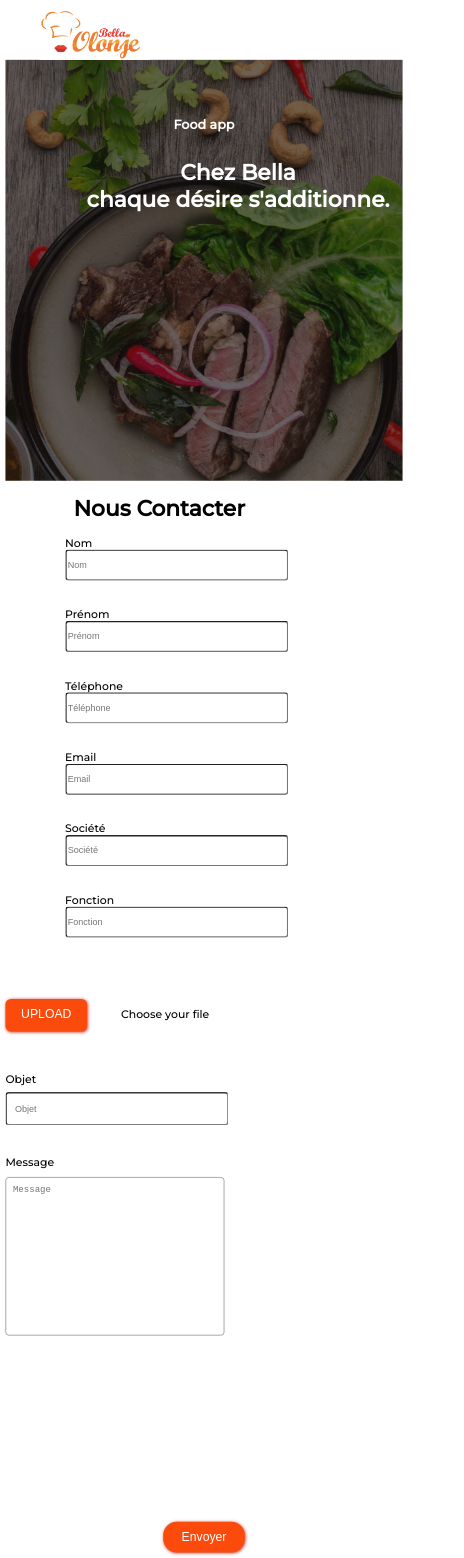
Repository: Ahlam-belhadj/bella-olange
Page: index3.html
An editor plug-in stored every save of this project. The page is shown before and after a run of saves, followed by the edit.
The browser window is 600 px wide. The page is 682 px wide, so the pictures cover 682 px, including what lies to the right of the window. The pictures show the whole page, at 68% of full size.
Pictures or frames that could not be fetched are drawn as grey boxes.

Above is the page before, as saved 2023-02-12 21:10:43.

### index3.html
<!DOCTYPE html>
<html lang="en">

<head>
    <meta charset="UTF-8">
    <meta http-equiv="X-UA-Compatible" content="IE=edge">
    <meta name="viewport" content="width=device-width, initial-scale=1.0">
    <link rel="stylesheet" href="style3.css">
    <script src="https://www.google.com/recaptcha/api.js" async defer></script>
    <title>Bella olanje</title>
</head>

<body>
    <header>
        <nav>
            <div class="logo"><img  class="logo" src="image/logo_bella_olonje.png" alt="logo"></div>
            <ul>
                <li><a href="#" class="nav-link">Home</a></li>
                <li><a href="#" class="nav-link">Pizza</a></li>
                <li><a href="#" class="nav-link">Burgers</a></li>
                <li><a href="#" class="nav-link">Salade</a></li>
                <li><a href="#" class="nav-link">Contact</a></li>

            </ul>
            <div class="icon_navbar">
                <label for="click" class="menu-btn">
                  <i class="fas fa-bars"></i>
                </label>
            </div>
          </nav>

        <div class="title">
            <div class="texte">
                <h3>Food app</h3>
                <h1>Chez Bella <br>
                    chaque désire s'additionne.</h1>
            </div>
        </div>
    </header>
    <main>
    <div class="information">
        <form>
            <h1>Nous Contacter</h1>
            <div class="commande">
                <div class="info1">
                    <div class="label">
                        <label>Nom</label>
                        <br>
                        <input type="text" placeholder="Nom">
                    </div>
                    <div class="label">
                        <label>Prénom</label>
                        <br>
                        <input type="text" placeholder="Prénom">
                    </div>
                </div>
                <div class="info2">
                    <div class="label">
                        <label>Téléphone</label>
                        <br>
                        <input type="text" placeholder="Téléphone">
                    </div>
                    <div class="label">
                        <label>Email</label>
                        <br>
                        <input type="email" placeholder="Email">
                    </div>
                </div>
                <div class="info1">
                    <div class="label">
                        <label>Société</label>
                        <br>
                        <input type="text" placeholder="Société">
                    </div>
                    <div class="label">
                        <label>Fonction</label>
                        <br>
                        <input type="email" placeholder="Fonction">
                    </div>
                </div>

            </div>
        </form>
    </div>


    <div class="chose">
        <div class="div_button">
            <button class="button1" type="button">UPLOAD</button>
            <p>Choose your file</p>
        </div>
    </div>

    <div>
        <div class="g-recaptcha" data-sitekey="6Lff4ygkAAAAABA1RWNuq8ewgkRZaDD-yAWqFs1t"></div>
    </div>

    <div class="grp_choose">
        <div class="choose_message">
            <div class="label_choose">
                <label>Objet</label><br>
                <input type="text" placeholder="Objet">
            </div>
            <div class="label_message">
                <label>Message</label><br>
                <textarea placeholder="Message"></textarea>
            </div>
        </div>
    </div>


    <div class="maps">
        <iframe
            src="https://www.google.com/maps/embed?pb=!1m18!1m12!1m3!1d6464.54830951471!2d2.4294808287259815!3d48.785241545980085!2m3!1f0!2f0!3f0!3m2!1i1024!2i768!4f13.1!3m3!1m2!1s0x47e67344bd2d57f1%3A0x2a84a845271b523a!2sAFPA!5e0!3m2!1sfr!2sfr!4v1674668360985!5m2!1sfr!2sfr"
            width="600" height="450" style="border:0;" allowfullscreen="" loading="lazy"
            referrerpolicy="no-referrer-when-downgrade"></iframe>
    </div>


    <div class="button1">
        <button class="button">Envoyer</button>
    </div>
</main>
</body>

</html>

### style3.css
@import url('https://fonts.googleapis.com/css2?family=Montserrat:wght@100;200;500&display=swap');

body {
    font-family: Montserrat, sans-serif;
}


.logo {
    height: 80px;
}

nav {
    display: flex;
    height: 80px;
    width: 100%;
    background: white;
    align-items: center;
    justify-content: space-between;
    padding: 0 50px 0 100px;
    flex-wrap: wrap;
}

nav .logo {
    color: #fff;
    font-size: 20px;
    text-transform: uppercase;
    text-decoration: none;
}

nav a {
    color: #fff;
    text-decoration: none;
}

nav ul {
    display: flex;
    flex-wrap: wrap;
    list-style: none;

}

nav ul li {
    margin: 0 5px;
}

nav ul li a {
    color: black;
    text-decoration: none;
    font-size: 16px;
    font-weight: 500;
    padding: 8px 15px;
    border-radius: 5px;
    letter-spacing: 1px;
    transition: all 0.3s ease;
}

nav .icon_navbar {
    display: flex;
}



nav .menu-btn i {
    color: #050505;
    font-size: 22px;
    cursor: pointer;

}

input[type="checkbox"] {
    display: none;
}

@media (max-width: 1000px) {
    nav {
        padding: 0 40px 0 50px;
    }

    nav .logo {
        color: #fff;
        font-size: 16px;
        text-transform: uppercase;
    }
}

@media (max-width: 1250px) {
    nav .menu-btn i {
        display: block;
    }

    #click:checked~.menu-btn i:before {
        content: "\f00d";
    }

    nav ul {
        position: fixed;
        top: 80px;
        right: -100%;
        background: #C81100;
        height: 100vh;
        width: 60%;
        text-align: center;
        display: block;
        transition: all 0.3s ease;
    }

    #click:checked~ul {
        right: 0;
    }

    nav ul li {
        width: 100%;
        margin: 40px 0;
    }

    nav ul li a {
        width: 100%;
        display: block;
        font-size: 20px;
        transition: 0.6s cubic-bezier(0.68, -0.55, 0.265, 1.55);
    }

    #click:checked~ul li a {
        margin-left: 0px;
    }

    nav ul li a.active,
    nav ul li a:hover {
        background: none;
        color: #1E1E1E;
    }
}

.title {
    background-image: url(image/Rectangle\ 48.png);
    height: 619px;
    background-repeat: no-repeat;
    background-position: center;
    background-size: cover;



}

.texte {
    color: white;
    display: flex;
    align-items: center;
    justify-content: center;
    flex-direction: column;
    text-align: center;
    height: 50%;
}

/* header */

h1 {
    padding-left: 100px;
}


h2 {
    text-align: center;
    padding-bottom: 20px;
}

.info1 {
    display: flex;
    justify-content: space-around;
    padding-right: 100px;
}

.info2 {
    display: flex;
    justify-content: space-around;
    padding-right: 100px;
}

input {
    width: 320px;
    height: 40px;
    border-radius: 5px;
    margin-bottom: 40px;

}


.maps {
    display: flex;

    padding-left: 200px;
}

iframe {
    width: 941px;
    height: 500px;
    left: 100px;
    top: 1875px;

}


/* button */
button {
    border: 0;
    line-height: 2.5;
    width: 120px;
    padding: 0 18px;
    font-size: 18px;
    text-align: center;
    color: #fff;
    border-radius: 20px;
    background-color: #FA4A0C;
    box-shadow: 1px 1px 5px #B73227;


}

.button1 {
    display: flex;
    justify-content: end;
    margin: 50px 0px 35px 100px;
    border-radius: 8px;
}

p {
    margin-top: 63px;
    margin-left: 50px;
}

.btn {
    display: flex;
}


.div_button {
    padding: 50px 0px 35px 100px;
    display: flex;
}

/* button */


.chose {
    display: flex;
}

.grp_choose {
    padding-left: 200px;
}

.label_choose input {
    width: 938px;
    height: 35px;
    margin-bottom: 20px;
    margin-top: 10px;
    padding: 5px 12px;
    color: grey;
    border-radius: 5px;
    border-color: gray;
}

.label_message {
    padding-top: 25px;
}

textarea {
    width: 938px;
    height: 141px;
    margin-bottom: 20px;
    color: grey;
    border-color: gray;
    margin-top: 12px;
    padding: 10px 10px 80px;
    outline: none;
    border-radius: 5px;
    resize: none;
}

.g-recaptcha {
    padding-left: 200px;
    margin-bottom: 60px;
}

@media (max-width:700px) {
    .info1 {
        display: flex;
        flex-direction: column;
        padding-left: 15%;
    }

    .info2 {
        display: flex;
        flex-direction: column;
        padding-left: 15%;
    }

    .div_button {
        padding: 0px;
    }

    .g-recaptcha {
        margin-top: 20px;
        padding-left: 20%;
    }

    .grp_choose {
        padding-left: 0px;
    }

    .label_choose input {
        width: 300px;
    }

    textarea {
        width: 300px;
    }

    .maps {
        padding-left: 0px;
    }

    iframe {
        width: 400px;
        height: 200px;
        top: 1875px;

    }

    .button1 {

        justify-content: center;
        margin: 50px 0px 0px 0px;

      }
}

@media screen and (min-width:701px) and (max-width:1199px) {}

After the next 2 saves:
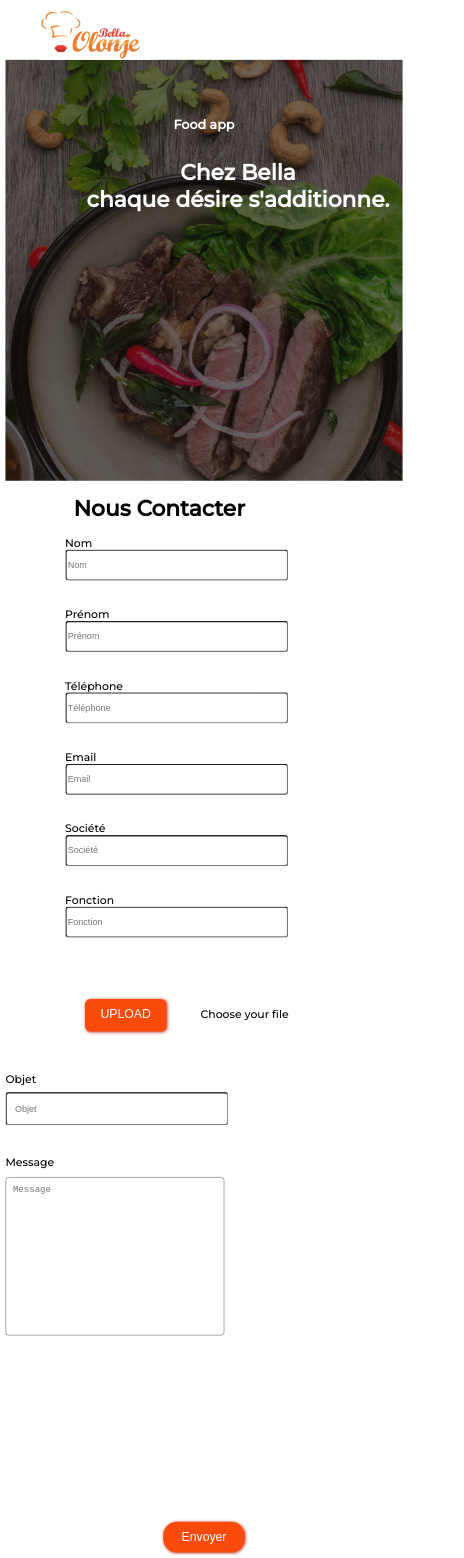
The 2 saves are shown as one change because they came seconds apart.
The last was saved 35 s later.
--- a/style3.css
+++ b/style3.css
@@ -294,6 +294,10 @@ textarea {
         flex-direction: column;
         padding-left: 15%;
     }
+    .chose {
+
+        padding-left: 20%;
+      }
 
     .div_button {
         padding: 0px;
